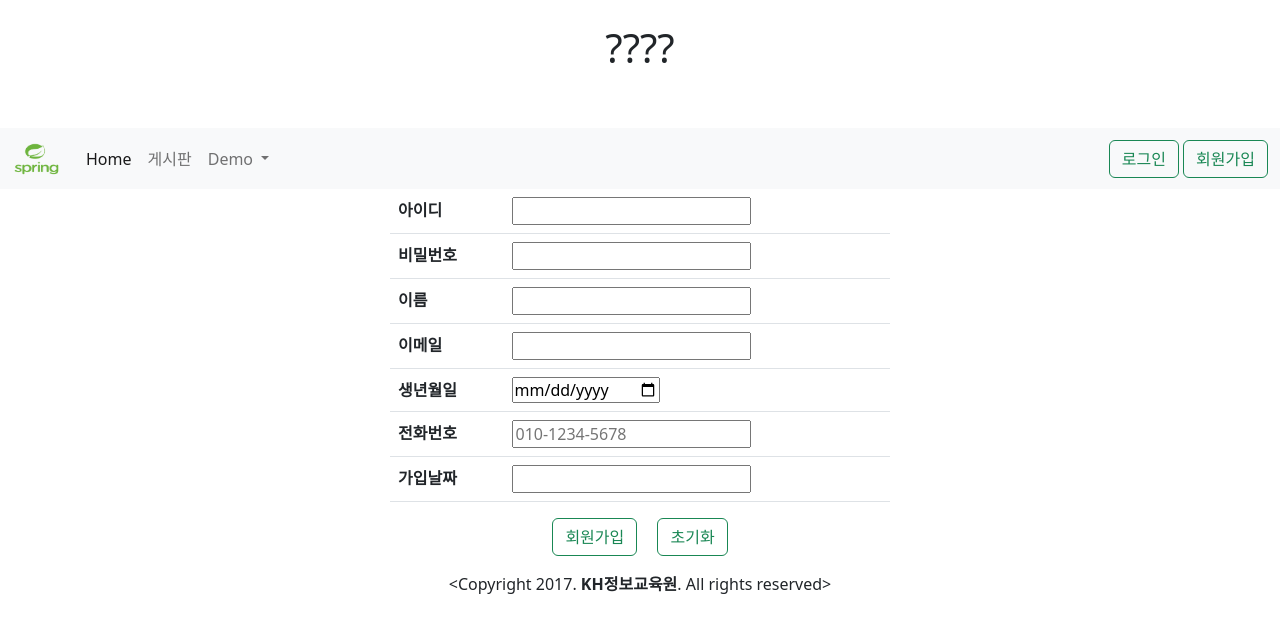
Repository: yerimeee/06_springWork
Page: http://localhost/springProject/WEB-INF/views/member/memberDetail.jsp
The author's editor kept a copy of each file at every save. The page is drawn from the files as they stood at one save, then again after the next save.
The browser window is 1280 px wide. The pictures show the whole page.
The page is served by Tomcat 9. Nobody is signed in. Other server files are loaded and not shown. The template is opened directly, without the code that normally fills it, so the values that code supplies are empty.

Above is the page before, as saved 2023-06-15 06:36:54.

### springProject/src/main/webapp/WEB-INF/views/member/memberDetail.jsp
<%@ page language="java" contentType="text/html; charset=UTF-8"
    pageEncoding="UTF-8"%>

<style>
	#container{width:500px; margin:auto;}
</style>
<jsp:include page="/WEB-INF/views/common/header.jsp">
	<jsp:param value="회원정보" name="title"/>
</jsp:include>
	<div id="container">
		<form action="${pageContext.request.contextPath}/member/memberUpdate.me" method="post" name="memInfofrm">
			<table class="table">
				<tr>
					<th scope="col">아이디</th>
					<td scope="col">
						<input name="userId" readonly>
					</td>
				</tr>
				<tr>
					<th scope="col">비밀번호</th>
					<td scope="col">
						<input type="password" name="userPwd">
					</td>
				</tr>
				<tr>
					<th scope="col">이름</th>
					<td scope="col">
						<input name="userName" readonly>
					</td>
				</tr>
					<tr>
					<th scope="col">이메일</th>
					<td scope="col">
						<input type="email" name="email">
					</td>
				</tr>
					<tr>
					<th scope="col">생년월일</th>
					<td scope="col">
						<input type="date" name="birthday">
					</td>
				</tr>
				<tr>
					<th scope="col">전화번호</th>
					<td scope="col">
						<input name="phone" placeholder="010-1234-5678">
					</td>
				</tr>
				<tr>
					<th scope="col">가입날짜</th>
					<td scope="col">
						<input name="createDate" required>
					</td>
				</tr>
			</table>
			<button class="btn btn-outline-success" type="submit" >회원가입</button>&emsp;
			<button class="btn btn-outline-success" type="reset">초기화</button>
		</form>
	</div>
<jsp:include page="/WEB-INF/views/common/footer.jsp" />

### springProject/src/main/webapp/WEB-INF/views/common/header.jsp
<%@ page language="java" contentType="text/html; charset=UTF-8"
    pageEncoding="UTF-8"%>
<%@ taglib prefix="c" uri="http://java.sun.com/jsp/jstl/core" %>
<%@ taglib prefix="fmt" uri="http://java.sun.com/jsp/jstl/fmt" %>
<%@ taglib prefix="fn" uri="http://java.sun.com/jsp/jstl/functions" %>
<!DOCTYPE html>
<html>
<head>
<meta charset="UTF-8">

<title>${param.title }</title> <!-- input form은 request. 으로 받고 param으로 들어온 건 param으로 받음 -->

<script src="https://ajax.googleapis.com/ajax/libs/jquery/3.6.3/jquery.min.js"></script>
<link href="https://cdn.jsdelivr.net/npm/bootstrap@5.2.3/dist/css/bootstrap.min.css" rel="stylesheet" integrity="sha384-rbsA2VBKQhggwzxH7pPCaAqO46MgnOM80zW1RWuH61DGLwZJEdK2Kadq2F9CUG65" crossorigin="anonymous">
<link rel="stylesheet" href="${pageContext.request.contextPath}/resources/css/style.css">

<!-- DB에 저장이 잘 되었다면 alert창 띄우기 -->
<c:if test="${not empty msg }">
	<script type="text/javascript">
		alert('${msg}');
	</script>
</c:if>

</head>
<body>
	<script src="https://cdn.jsdelivr.net/npm/bootstrap@5.2.3/dist/js/bootstrap.bundle.min.js" integrity="sha384-kenU1KFdBIe4zVF0s0G1M5b4hcpxyD9F7jL+jjXkk+Q2h455rYXK/7HAuoJl+0I4" crossorigin="anonymous"></script>

	<header>
		<br>
		<h1 align="center">${param.title }</h1>
		<br><br>
		<nav class="navbar navbar-expand-lg bg-light">
		  <div class="container-fluid">
		    <a class="navbar-brand" href="#">
		    	<img src="${pageContext.request.contextPath}/resources/img/spring.png" alt="spring" width="50" height="35">
		    </a>
		    <button class="navbar-toggler" type="button" data-bs-toggle="collapse" data-bs-target="#navbarSupportedContent" aria-controls="navbarSupportedContent" aria-expanded="false" aria-label="Toggle navigation">
		      <span class="navbar-toggler-icon"></span>
		    </button>
		    <div class="collapse navbar-collapse" id="navbarSupportedContent">
		      <ul class="navbar-nav me-auto mb-2 mb-lg-0">
		        <li class="nav-item">
		          <a class="nav-link active" aria-current="page" href="#">Home</a>
		        </li>
		        <li class="nav-item">
		          <a class="nav-link" href="#">게시판</a>
		        </li>
		        <li class="nav-item dropdown">
		          <a class="nav-link dropdown-toggle" href="#" role="button" data-bs-toggle="dropdown" aria-expanded="false">
		            Demo
		          </a>
		          <ul class="dropdown-menu">
		            <li><a class="dropdown-item" href="${pageContext.request.contextPath}/demo/devForm.do">Demo등록</a></li>
		            <li><a class="dropdown-item" href="${pageContext.request.contextPath}/demo/devList.do">Demo목록</a></li>
		          </ul>
		        </li>
		      </ul>
		      <%-- <button class="btn btn-outline-success" type="button" onclick="location.href='${pageContext.request.contextPath}/member/memberLogin.me'">로그인</button>&nbsp;--%>
		      																						<!-- 경로 이렇게 설정하면 get방식이 됨 -->

		    <!-- 로그인이 되어있지 않으면 로그인창 -->
		      <c:if test="${empty loginMember }">
		      	<button class="btn btn-outline-success" type="button"
		      		data-bs-toggle="modal" data-bs-target="#loginModal">로그인</button>&nbsp;
		      	<!-- 토글은 한 번 눌렀으면 보여지고 다시 누르면 안 보이는 기능인데 모달 창에서 버튼을 누르면 다른 모달창으로 넘어갈 수 있게 구현한 것임 -->
		      	<button class="btn btn-outline-success" type="button"
		      		onclick="location.href='${pageContext.request.contextPath}/member/memberEnroll.me'">회원가입</button>
		      	<!-- onclikc locatio.href으로 했으니 get방식이 됨 -->
		      </c:if>

		      <!-- 로그인이 되었으면 -->
		      <c:if test="${not empty loginMember }">
		      	<a href="${pageContext.request.contextPath }/member/memberDetail.me">${loginMember.userName }님 로그인 되었습니다</a>&emsp;
		      	<button class="btn btn-outline-success" type="button"
		      		onclick="location.href='${pageContext.request.contextPath}/member/memberLogout.me'">로그아웃</button>
		      </c:if>
		    </div>
		  </div>
		</nav>

		<!-- 로그인 모달창 -->
		<div class="modal" tabindex="-1" id="loginModal">
		  <div class="modal-dialog">
		    <div class="modal-content">
		      <div class="modal-header">
		        <h5 class="modal-title">로그인</h5>
		        <button type="button" class="btn-close" data-bs-dismiss="modal" aria-label="Close"></button>
		      </div>

		      <form action="${pageContext.request.contextPath }/member/memberLogin.me" method="post">
			      <div class="modal-body">
					<div class="mb-3 row">
						<label for="name" class="col-sm-2 col-form-label">ID</label>
						<div class="col-sm-10">
							<input type="text" class="form-control" name="userId" required>
						</div>
					</div>
						<div class="mb-3 row">
							<label for="career" class="col-sm-2 col-form-label">PW</label>
							<div class="col-sm-10">
								<input type="password" class="form-control" name="userPwd" required>
							</div>
						</div>
			      </div>

		      <div class="modal-footer">
		        <button type="button" class="btn btn-secondary" data-bs-dismiss="modal">닫기</button>
		        <button type="submit" class="btn btn-primary" data-bs-dismiss="modal">로그인</button>
		      </div>
		      </form>
		    </div>
		  </div>
		</div>
	</header>
	<section>

</body>
</html>

### springProject/src/main/webapp/WEB-INF/views/common/footer.jsp
<%@ page language="java" contentType="text/html; charset=UTF-8"
    pageEncoding="UTF-8"%>

	</section>
	<footer>
		<p>&lt;Copyright 2017. <strong>KH정보교육원</strong>. All rights reserved&gt;</p>
	</footer>

	</body>
</html>

### springProject/src/main/webapp/resources/css/style.css
@charset "UTF-8";

h1 {text-align:center;}
section {text-align:center;}
footer {text-align:center;}

After the next save:
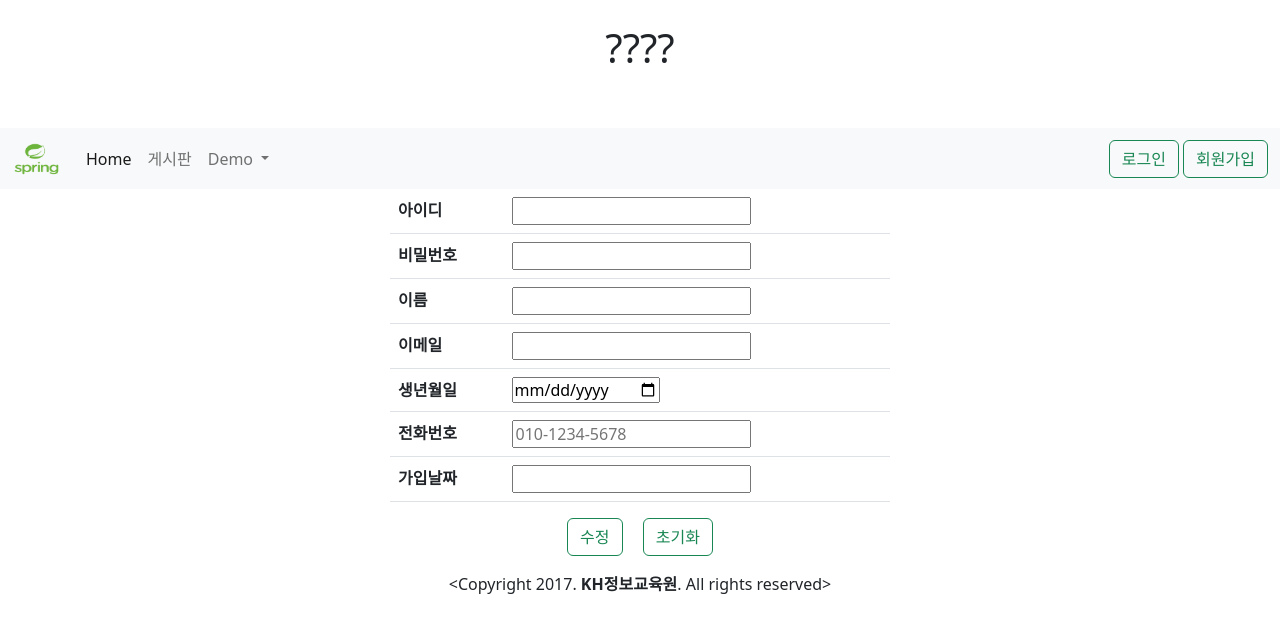
Saved 14 s later.
--- a/springProject/src/main/webapp/WEB-INF/views/member/memberDetail.jsp
+++ b/springProject/src/main/webapp/WEB-INF/views/member/memberDetail.jsp
@@ -53,7 +53,7 @@
 					</td>
 				</tr>
 			</table>
-			<button class="btn btn-outline-success" type="submit" >회원가입</button>&emsp;
+			<button class="btn btn-outline-success" type="submit" >수정</button>&emsp;
 			<button class="btn btn-outline-success" type="reset">초기화</button>
 		</form>
 	</div>
